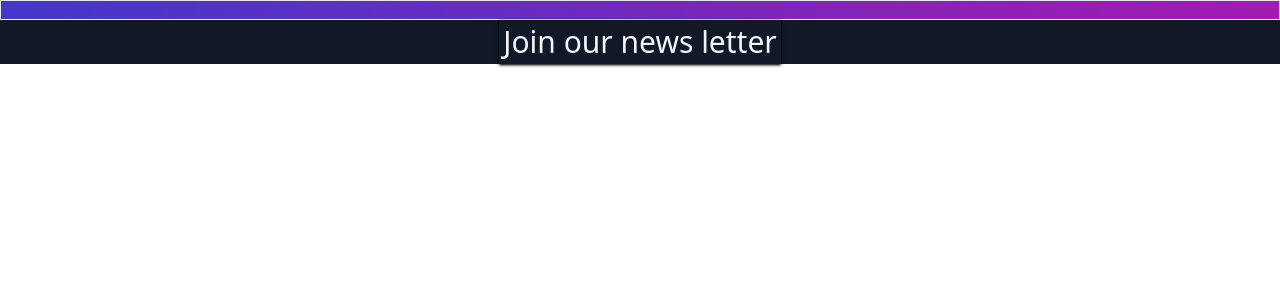
Repository: kenyi-mic/Luka_blog
Page: /footer
These files come from the project's save history. The page is drawn as it stood at one moment and after the next save; the edit follows.
The browser window is 1280 px wide. The pictures show the whole page.
The project was rebuilt for these pictures with package versions that can differ from the ones it lists, and the page was loaded fresh each time. The framework's server and built-in components were replaced by stand-ins that run in the browser. Also part of the build but not shown: next.config.js.

Above is the page before, as saved 2022-04-18 15:09:33.

### pages/footer.tsx
import React from 'react'

function Footer() {
  return (
      <>
       <hr className="w-full h-5 border bg-gradient-to-r from-indigo-700 to-fuchsia-700"/>
      <div className="bg-gray-900 w-full flex flex-col items-center">
        <h1 className="text-3xl shadow shadow-black p-1 text-gray-100">Join our news letter</h1>

    </div>
      </>

  )
}

export default Footer

Loaded but not shown: pages/_app.tsx (common file); styles/globals.css (common file); tailwind.config.js (common file)

After the next save:
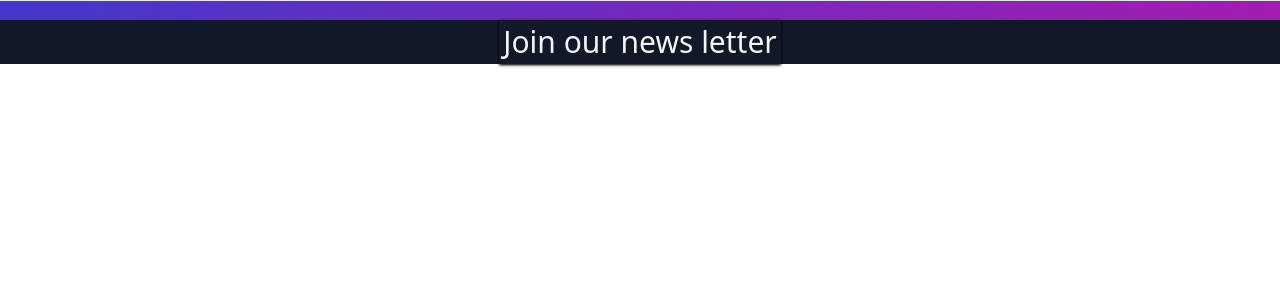
Saved 64 s later.
--- a/pages/footer.tsx
+++ b/pages/footer.tsx
@@ -3,7 +3,7 @@
 function Footer() {
   return (
       <>
-       <hr className="w-full h-5 border bg-gradient-to-r from-indigo-700 to-fuchsia-700"/>
+       <hr className="w-full h-5 bg-gradient-to-r from-indigo-700 to-fuchsia-700"/>
       <div className="bg-gray-900 w-full flex flex-col items-center">
         <h1 className="text-3xl shadow shadow-black p-1 text-gray-100">Join our news letter</h1>
 
